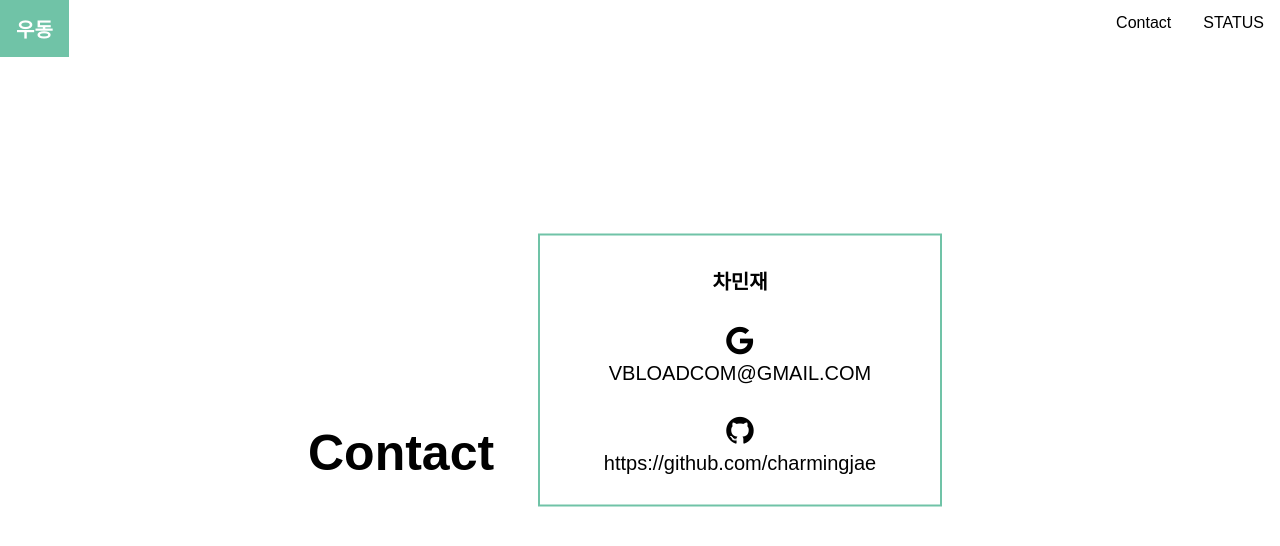
Repository: charmingjae/circles
Page: http://localhost/circles/root/contact.jsp
An editor plug-in stored every save of this project. The page is shown before and after the next save, followed by the edit.
The browser window is 1280 px wide. The pictures show the whole page.
Some web fonts or font styles are not loaded; a fallback is used. The page is served by Tomcat 9. Other server files are loaded and not shown.

Above is the page before, as saved 2020-07-09 15:11:59.

### circles/WebContent/root/contact.jsp
<%@ page language="java" contentType="text/html; charset=UTF-8"
    pageEncoding="UTF-8"%>
<!DOCTYPE html>
<html>
<head>
	<meta charset="UTF-8">
	<title>MOJUK</title>

	<!-- Link contact.css -->
	<link href="../css/contact.css" rel="stylesheet" type="text/css">

	<!-- font-awesome link -->
	 <link rel="stylesheet" type="text/css" href="https://maxcdn.bootstrapcdn.com/font-awesome/4.7.0/css/font-awesome.min.css">
</head>
<body>
	<!-- include header -->
	<%@include file ="../navbar/navbar.jsp" %>

	<form onsubmit="return false;" action="wrInfo.jsp" class="container" method="post" name="frmStuNo">
		<div class="container">
			<span id="head"> Contact </span>
			<div class="main">
				<span id="showEtc"> </span>
				<span id="showEtc" style="font-weight:bold;"> 차민재 </span>
				<i class="fa fa-google fa-2x" aria-hidden="true"></i>
				<span id="showEtc"> VBLOADCOM@GMAIL.COM  </span>
				<i class="fa fa-github fa-2x" aria-hidden="true"></i>
				<span id="showEtc"> https://github.com/charmingjae</span>
			</div>
		</div>
	</form>
</body>
</html>

### circles/WebContent/navbar/navbar.jsp
<%@ page language="java" contentType="text/html; charset=UTF-8"
    pageEncoding="UTF-8"%>
<!DOCTYPE html>
<html>
<head>
<meta charset="UTF-8">
<title></title>

	<!-- Link navbar.css -->
	<link href="../css/navbar.css" rel="stylesheet" type="text/css">
</head>
	<%
		String getSession = (String)session.getAttribute("userID");
	%>
<body>
	<ul id="main-menu">
		<li class="headName" id="main-menu1"><a href="../root/index.jsp" class="headName">우동</a></li>
		<%
			if((getSession != null) && (getSession.isEmpty() == false)){
				%>
				<li style="float:right" id="main-menu2"><a class="active" href="../root/admPg.jsp"><%=getSession %>님 환영합니다.</a>
					<ul id="sub-menu">
						<li><a class="subAct" href="../mojuk/member.jsp">🍀동아리원🍀</a></li>
						<li><a class="subAct" href="../proc/logout.jsp">로그아웃</a></li>
					</ul>
				</li>
				<%
			}
			else{

				%>
				<li style="float:right"><a class="active" href="../root/status.jsp">STATUS</a></li>
				<%
			}
		%>
		<li style="float:right"><a class="active" href="../root/contact.jsp">Contact</a></li>
	</ul>
</body>
</html>

### circles/WebContent/css/contact.css
@charset "UTF-8";


@import url(https://cdn.jsdelivr.net/gh/moonspam/NanumSquare@1.0/nanumsquare.css);

body {
    font-family: 'NanumSquare', sans-serif;
}

/* Chrome, iex, fire-fox Settings */
input:-ms-input-placeholder {color:#a8a8a8;}
input::-webkit-input-placeholder{color:#a8a8a8;}
input::-moz-placeholder{columns: #a8a8a8;}

/* Head Comment */
/* 나중에 px단위를 가변 단위로 바꿀 수 있으면 좋겠다. :-) */

html,body{
	height: 100%;
}

body{
	display:table-cell;
	margin: 0 auto;
}

/* .container{
	height: 100%;
	display: table-cell;
	vertical-align: middle;
	text-align:center;
} */

.container{
	display:inline-block;
	width:100%;
	position:absolute;
	left:50%;
	top:50%;
	transform: translate(-50%, -50%);
	vertical-align: middle;
	text-align:center;
}


/* Contact 관련 css */
#head{
	font-size: 50px;
	font-weight: bold;
}


/* 학번 입력 div Settings */
div .main{
	margin-left: 30px;
	margin-right: 30px;
	display:inline-block;
    height:100%;
    width: 400px;
    border: 2px solid #70c3a7;
    background: #ffffff;
    margin-top: 20px;
}


#showEtc{
	font-size:20px;
	display:block;
	margin-top : 5px;
	margin-bottom: 30px;
}

### circles/WebContent/css/navbar.css
@charset "UTF-8";

@import url(https://cdn.jsdelivr.net/gh/moonspam/NanumSquare@1.0/nanumsquare.css);

body {
    font-family: 'NanumSquare', sans-serif;
}

ul{
	width:100%;
	list-style-type: none;
	margin: 0;
	padding: 0;
	background-color: #ffffff;
	position:fixed;
}

li {
	float:none;
}

a {

  display: inline-block;
  color: black;
  text-align: center;
  padding: 14px 16px;
  text-decoration: none;
}

/* Change the link color to #111 (black) on hover */
a:hover {
  background-color: #70c3a7;
  color:#ffffff;
}

li .headName{
	font-weight: bold;
}

#sub-menu{
	position:absolute;
	opacity: 0;
	visibility: hidden;
}

#main-menu1{
	font-size: 20px;
}

#main-menu1, #main-menu2{
	float:left;
}

#main-menu2:hover #sub-menu{
	opacity:1;
	visibility:visible;
}
.subAct{
	width:130px !important;
}

After the next save:
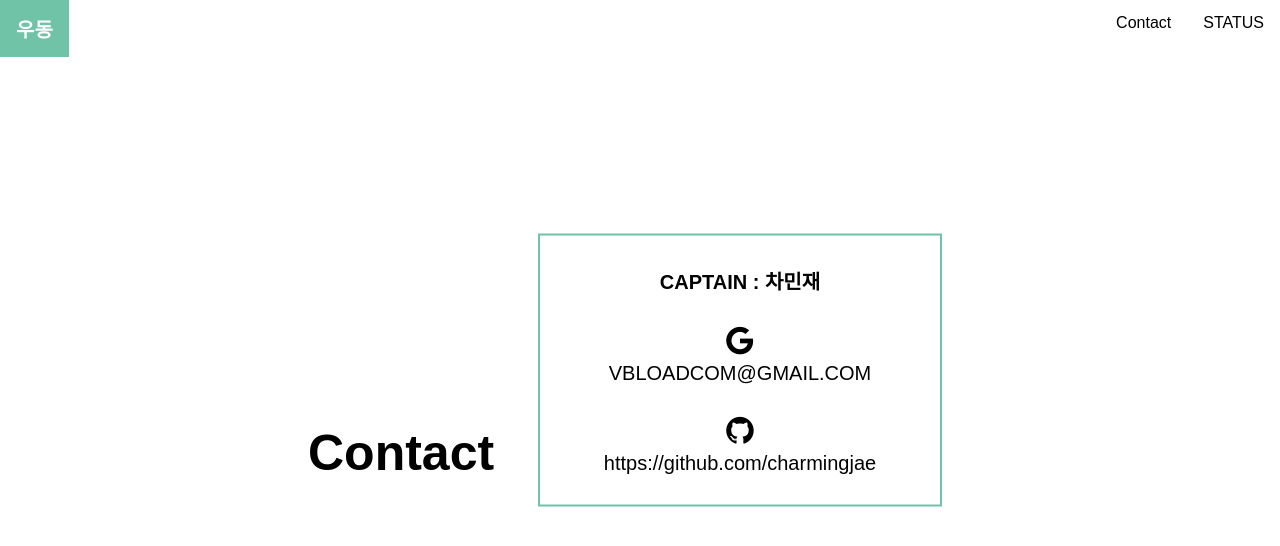
Saved 13 s later.
--- a/circles/WebContent/root/contact.jsp
+++ b/circles/WebContent/root/contact.jsp
@@ -21,7 +21,7 @@
 			<span id="head"> Contact </span>
 			<div class="main">
 				<span id="showEtc"> </span>
-				<span id="showEtc" style="font-weight:bold;"> 차민재 </span>
+				<span id="showEtc" style="font-weight:bold;"> CAPTAIN : 차민재 </span>
 				<i class="fa fa-google fa-2x" aria-hidden="true"></i>
 				<span id="showEtc"> VBLOADCOM@GMAIL.COM  </span>
 				<i class="fa fa-github fa-2x" aria-hidden="true"></i>

After the save that followed:
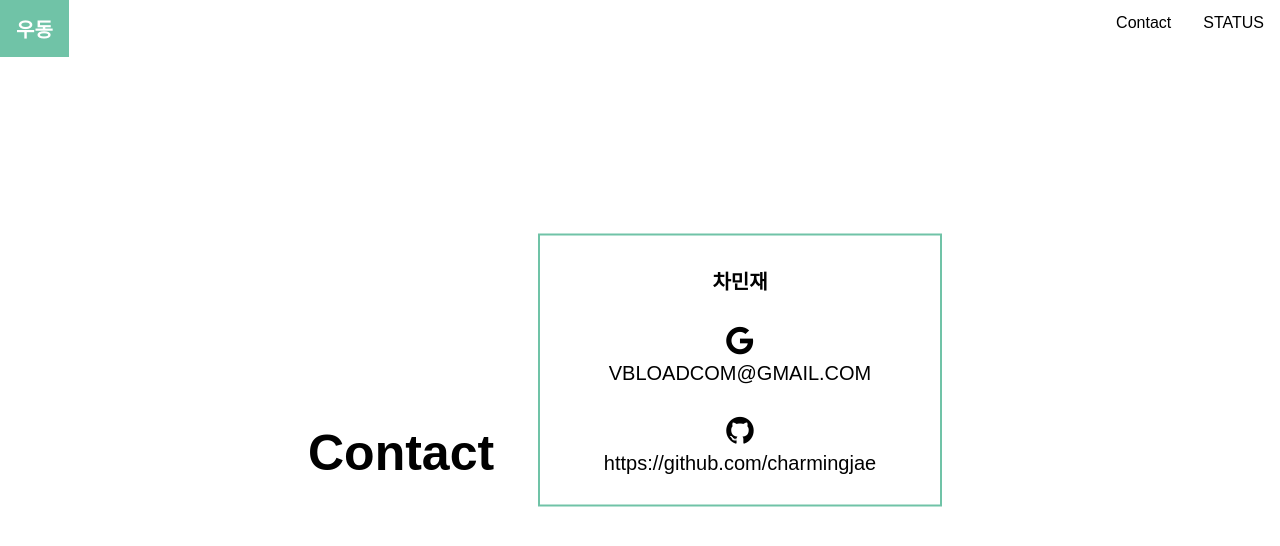
Saved 9 s later.
--- a/circles/WebContent/root/contact.jsp
+++ b/circles/WebContent/root/contact.jsp
@@ -21,7 +21,7 @@
 			<span id="head"> Contact </span>
 			<div class="main">
 				<span id="showEtc"> </span>
-				<span id="showEtc" style="font-weight:bold;"> CAPTAIN : 차민재 </span>
+				<span id="showEtc" style="font-weight:bold;"> 차민재 </span>
 				<i class="fa fa-google fa-2x" aria-hidden="true"></i>
 				<span id="showEtc"> VBLOADCOM@GMAIL.COM  </span>
 				<i class="fa fa-github fa-2x" aria-hidden="true"></i>
